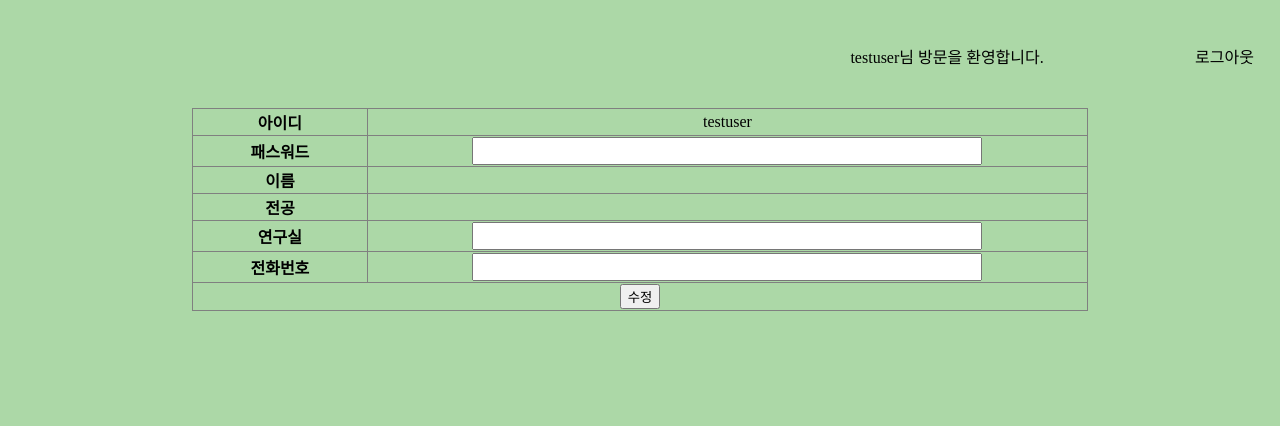
Repository: bokyung124/Enrolment_jsp
Page: http://localhost/lab/update_prof.jsp
An editor plug-in stored every save of this project. The page is shown before and after the next save, followed by the edit.
The browser window is 1280 px wide. The pictures show the whole page.
Some web fonts or font styles are not loaded; a fallback is used. The page is served by Tomcat 9. The session is filled in as if someone had signed in: {"user": "testuser"}. Queries for data that is not in the repository find no rows.

Above is the page before, as saved 2023-05-31 19:37:13.

After the next save:
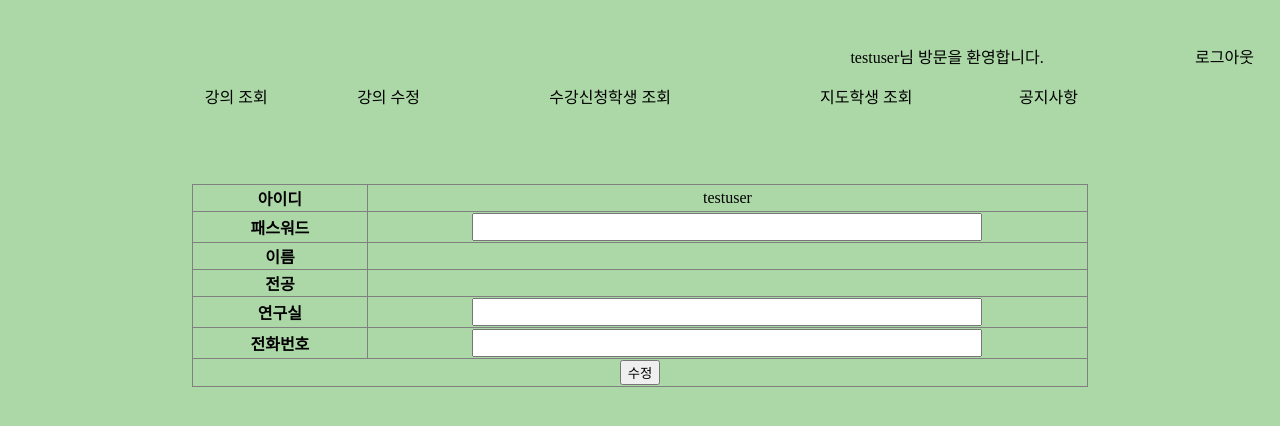
Saved 75 s later.
--- a/lab/lab/src/main/webapp/update_prof.jsp
+++ b/lab/lab/src/main/webapp/update_prof.jsp
@@ -10,6 +10,7 @@
 </head>
 <body class="loginDiv">
 	<%@ include file="user.jsp"%>
+	<%@ include file="top_prof.jsp"%>
 	<br>
 	<center>
 		<div id="updateProfMessage"></div>
